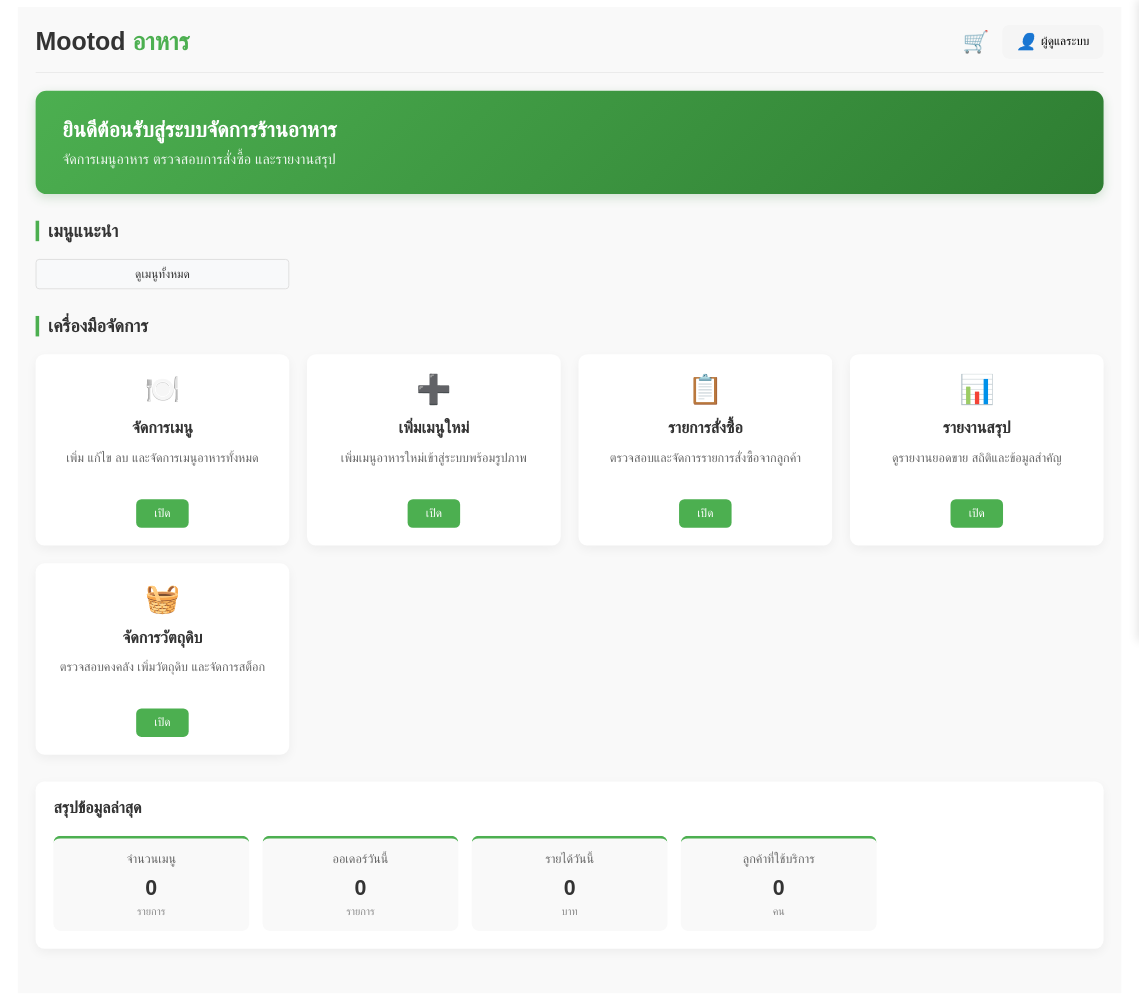
Repository: KwaunchaiJankaikot/mootod
Page: / (app in frontend/)
An editor plug-in stored every save of this project. The page is shown before and after a run of saves, followed by the edit.
The browser window is 1280 px wide. The pictures show the whole page, at 89% of full size.
The page's requests for data from a server got no answer. The project was rebuilt for these pictures with package versions that can differ from the ones it lists, and the page was loaded fresh each time. No one was signed in, and anything a server would have sent is missing. Also part of the build but not shown: frontend/vue.config.js, frontend/src/components/CheckoutPage.vue, frontend/src/components/AddMenu.vue, frontend/src/components/MenuList.vue, frontend/src/components/EditMenu.vue, frontend/src/components/InventoryPage.vue.

Above is the page before, as saved 2025-04-23 02:06:09.

After the next 2 saves:
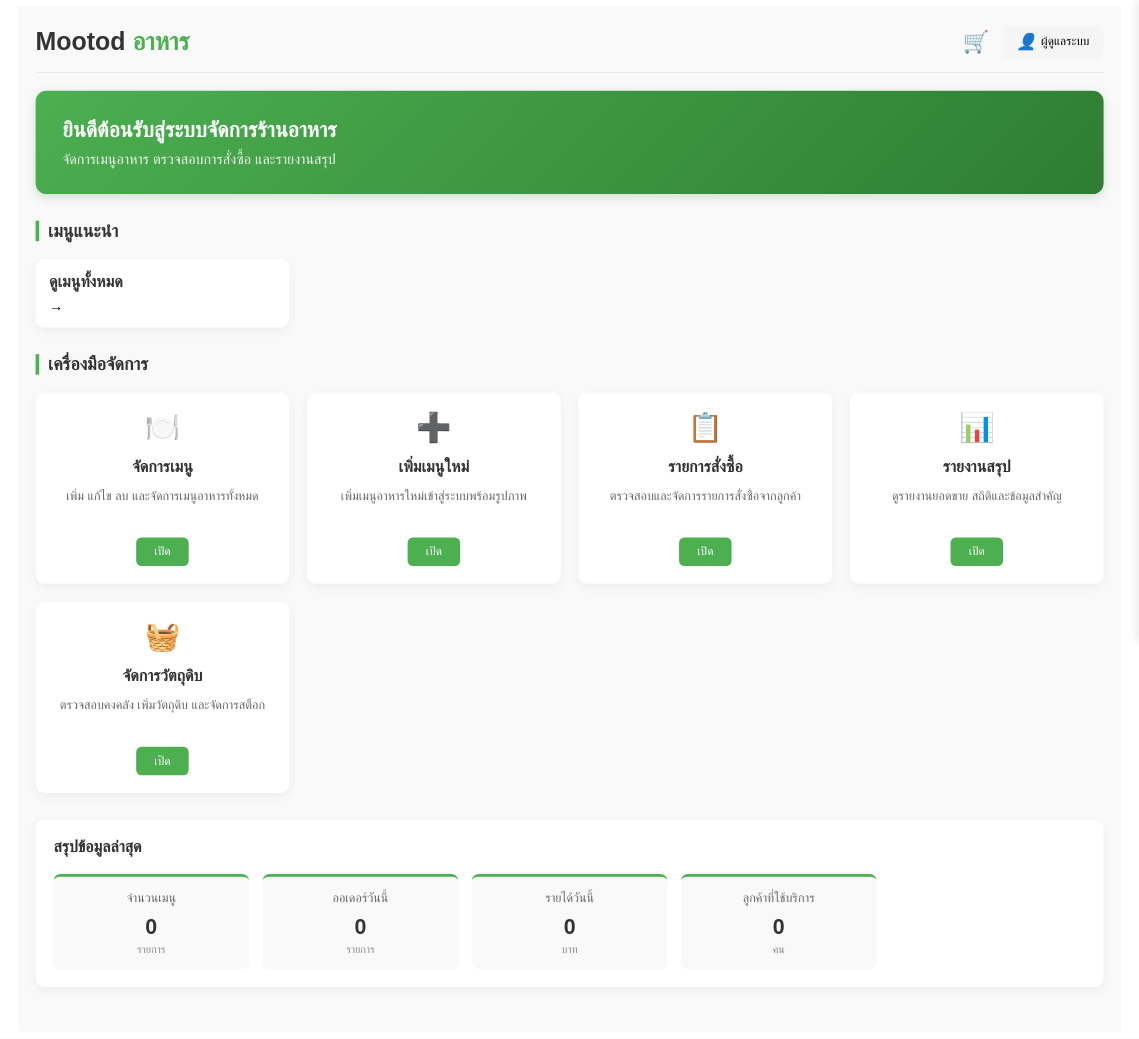
The 2 saves are shown as one change because they came seconds apart.
The last was saved 2 min 56 s later.
--- a/frontend/src/components/HomePage.vue
+++ b/frontend/src/components/HomePage.vue
@@ -61,7 +61,14 @@
           </div>
         </div>
       </div>
-        <button class="view-btn" @click="viewAllMenus">ดูเมนูทั้งหมด</button>
+      <div class="menu-card view-all-card" @click="viewAllMenus">
+  <div class="card-content view-all-content">
+    <div class="view-all-text">
+      <h3>ดูเมนูทั้งหมด</h3>
+      <i class="arrow-right-icon">→</i>
+    </div>
+  </div>
+</div>
     </div>
 
     <!-- ส่วนอื่นๆ ของหน้าจัดการ -->
